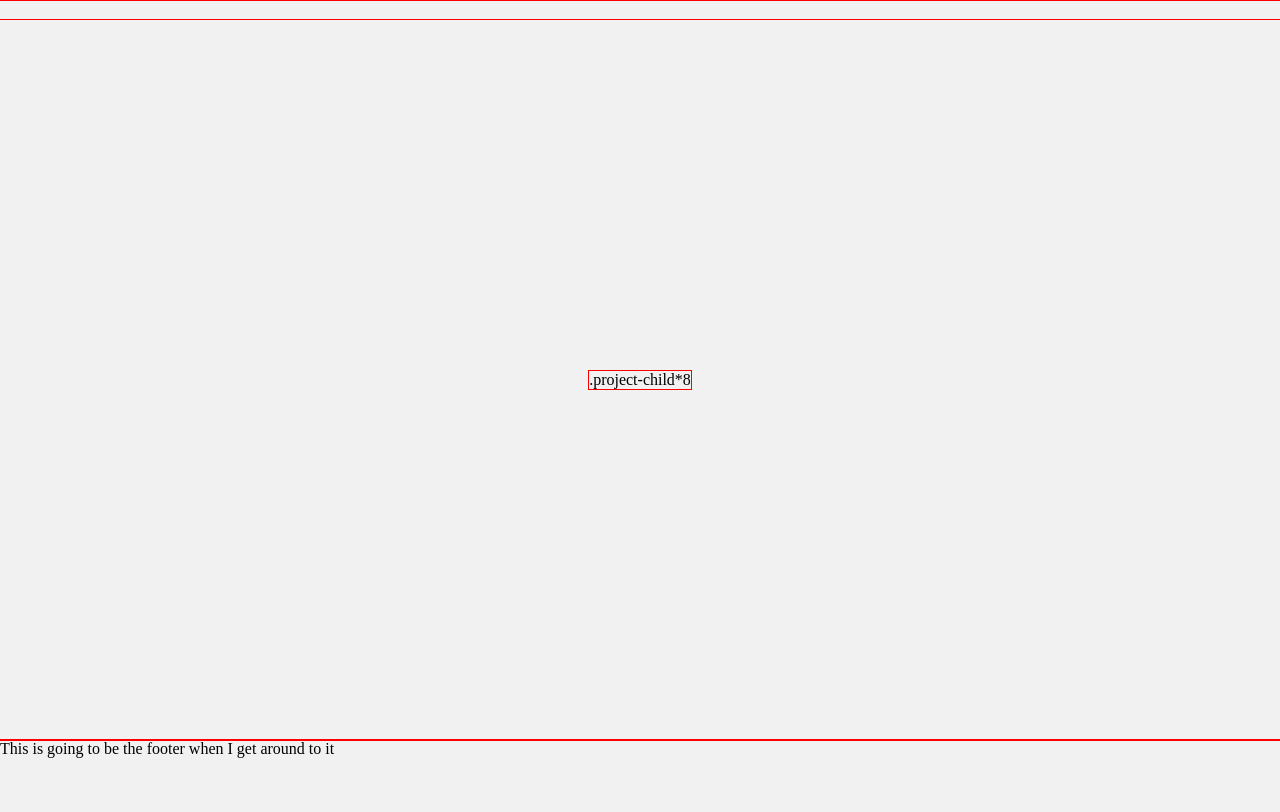
Repository: lynn-the-owl/lynnhtet
Page: index.html
These files come from the project's save history. The page is drawn as it stood at one moment and after a run of saves; the edit follows.
The browser window is 1280 px wide. The pictures show the whole page.
Some web libraries are served in a nearby version.

Above is the page before, as saved 2023-10-09 23:53:45.

After the next 2 saves:
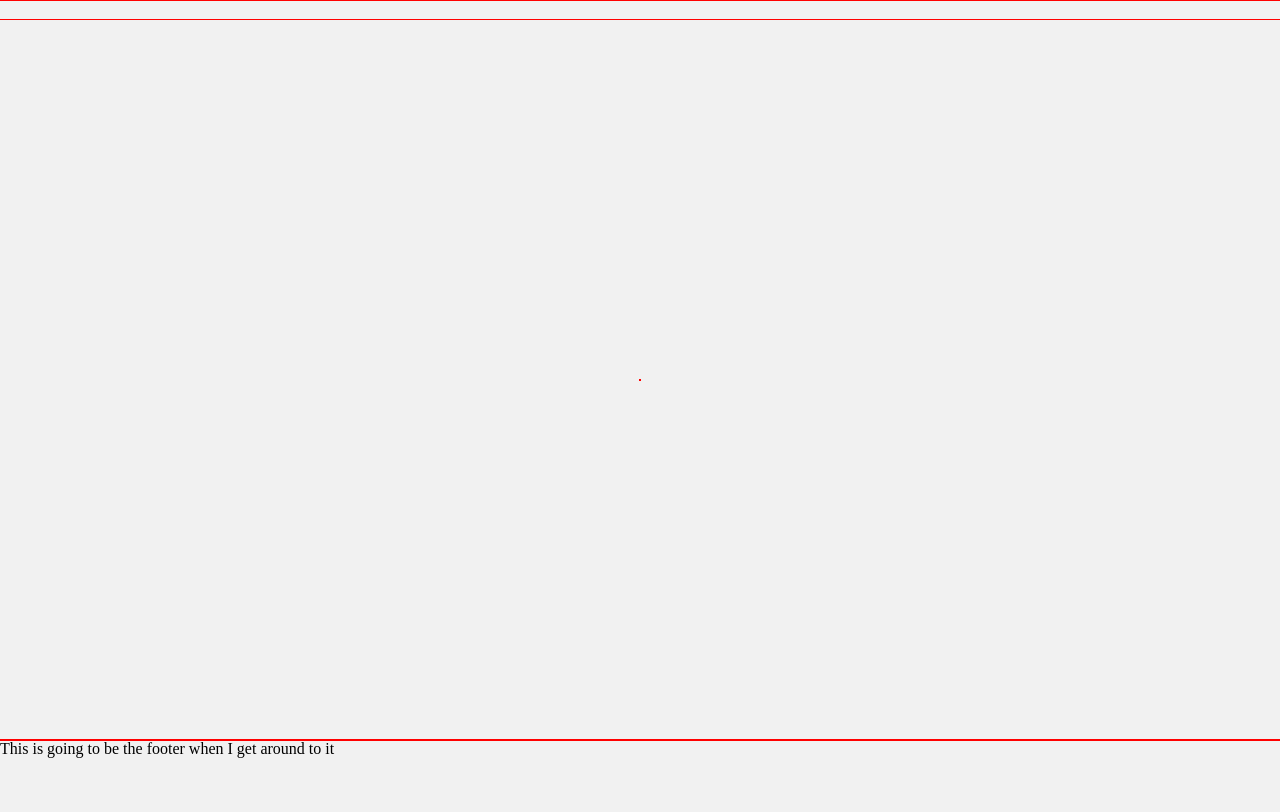
The 2 saves are shown as one change because they came seconds apart.
The last was saved 9 s later.
--- a/index.html
+++ b/index.html
@@ -28,7 +28,14 @@
 
         <div class="landing">
             <div class="projects">
-                .project-child*8
+                <div class="project-child"></div>
+                <div class="project-child"></div>
+                <div class="project-child"></div>
+                <div class="project-child"></div>
+                <div class="project-child"></div>
+                <div class="project-child"></div>
+                <div class="project-child"></div>
+                <div class="project-child"></div>
             </div>
         </div>
 
